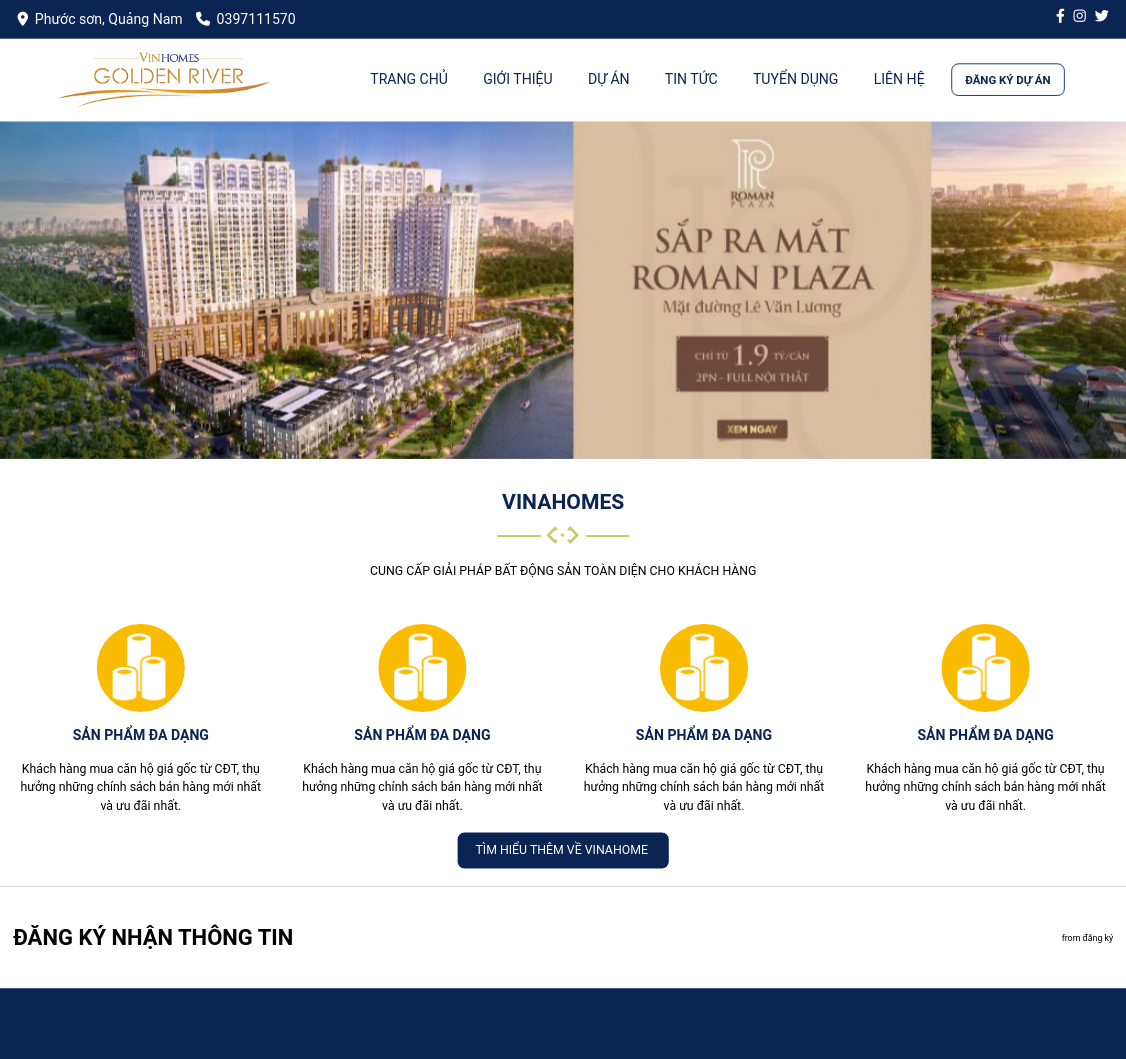
Repository: phamphuc2/fontend-bds
Page: index.html
An editor plug-in stored every save of this project. The page is shown before and after the next save, followed by the edit.
The browser window is 1280 px wide. The pictures show the part of the page from y = 0 to 1203 px (the page is 1666 px tall), at 88% of full size.
A picture or video elsewhere on the page could not be fetched, so the positions and the page height are approximate. Some web libraries are served in a nearby version.

Above is the page before, as saved 2022-06-08 15:39:43.

After the next save:
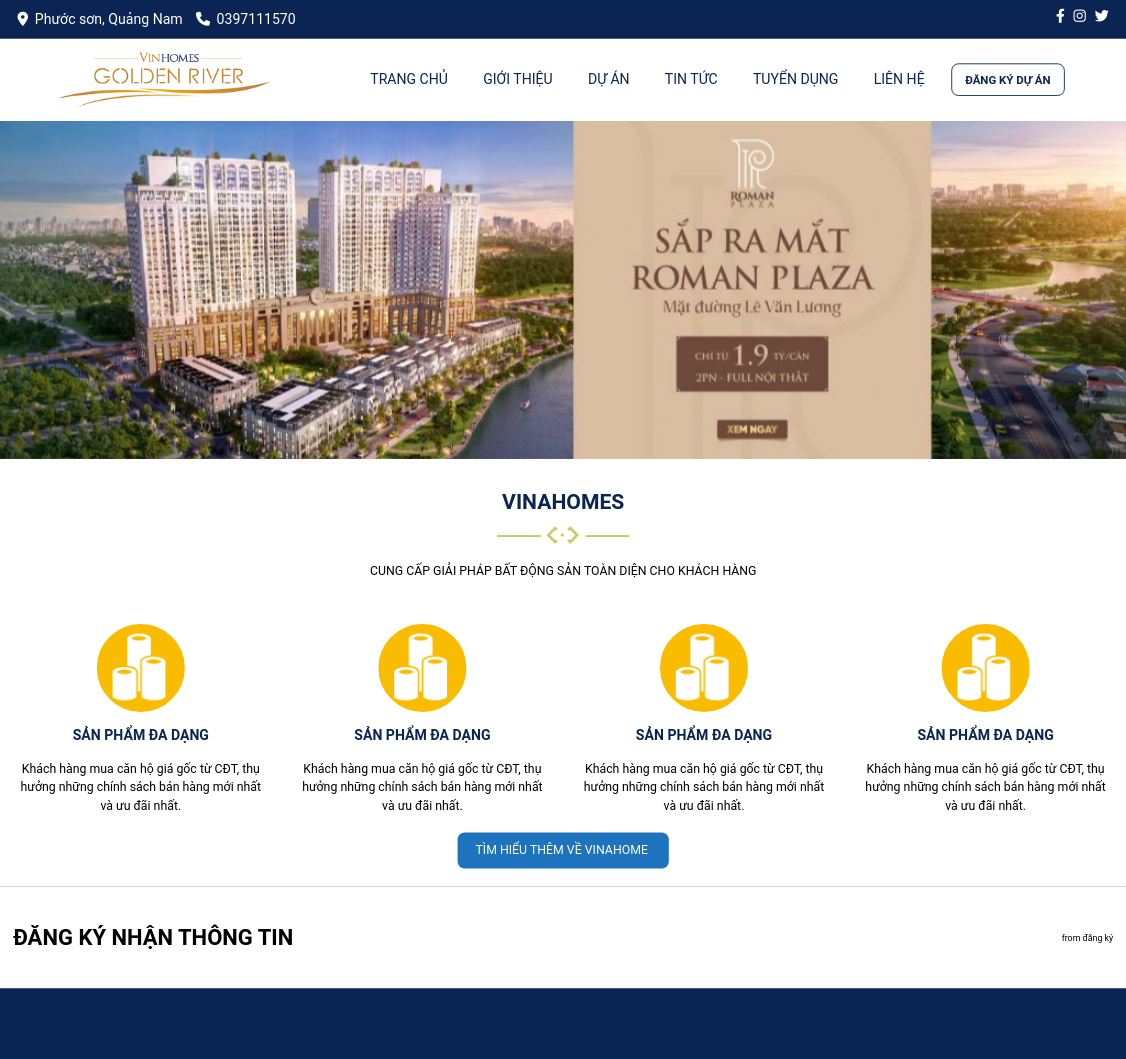
Saved 21 s later.
--- a/assets/css/theme.css
+++ b/assets/css/theme.css
@@ -269,7 +269,7 @@
 
 .vinahome .btn-learn-about a{
     padding: 10px 20px;
-   background: var(--background-header);
+   background: var(--color-blue);
    color: var(--white-color);
    font-size: 14px;
    border-radius: 8px;
